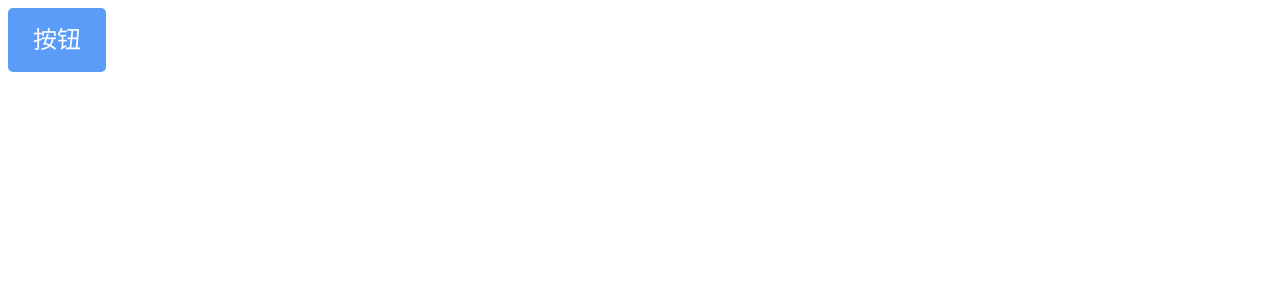
Repository: west2-online-reserve/collection-frontend
Page: / (app in work5/IMZTTTT_XD/west2-UI/)
These files come from the project's save history. The page is drawn as it stood at one moment and after the next save; the edit follows.
The browser window is 1280 px wide. The pictures show the whole page.
The project was rebuilt for these pictures with package versions that can differ from the ones it lists, and the page was loaded fresh each time. Also part of the build but not shown: work5/IMZTTTT_XD/west2-UI/src/assets/main.css, work5/IMZTTTT_XD/west2-UI/packages/components/Input/Input.vue.

Above is the page before, as saved 2024-03-25 21:29:37.

### work5/IMZTTTT_XD/west2-UI/src/main.js
import './assets/main.css'

import { createApp } from 'vue'
import App from './App.vue'

import West2Ui from '@west2ui/components'
import '@west2ui/theme/index.scss'

const app = createApp(App)
app.use(West2Ui)
app.mount('#app')

### work5/IMZTTTT_XD/west2-UI/src/App.vue
<script lang="ts" setup>
import { ref } from 'vue'
const dialogVisible = ref(false)

const handleClose = (done: () => void) => {
  console.log(11)
}
</script>

<template>
  <zt-button size="large" type="primary" @click="dialogVisible = true">按钮</zt-button>
  <zt-dialog v-model="dialogVisible" title="Tips" :before-close="handleClose">
    <span>This is a message</span>
    <template #footer>
      <div class="dialog-footer">
        <zt-button @click="dialogVisible = false" size="small">Cancel</zt-button>
        <zt-button type="primary" @click="dialogVisible = false"> Confirm </zt-button>
      </div>
    </template>
  </zt-dialog>
</template>

<style scoped></style>

### work5/IMZTTTT_XD/west2-UI/packages/components/index.js
import Button from './Button'
import Input from './Input'
import Dialog from './Dialog'

const components = [Input, Button, Dialog]

const install = (app) => {
  components.forEach((component) => {
    app.component(component.name, component)
  })
}

export default {
  install
}

### work5/IMZTTTT_XD/west2-UI/packages/theme/index.scss
@use './Input.scss';
@use './Button.scss';
@use './Dialog.scss';

### work5/IMZTTTT_XD/west2-UI/packages/components/Button/index.js
import Button from './Button.vue'

Button.install = (app) => {
  // 注册组件
  app.component(Button.name, Button)
}

export default Button

### work5/IMZTTTT_XD/west2-UI/packages/components/Input/index.js
import Input from './Input.vue'

Input.install = (app) => {
  // 注册组件
  app.component(Input.name, Input)
}

export default Input

### work5/IMZTTTT_XD/west2-UI/packages/components/Dialog/index.js
import Dialog from './Dialog.vue'

Dialog.install = (app) => {
  // 注册组件
  app.component(Dialog.name, Dialog)
}

export default Dialog

### work5/IMZTTTT_XD/west2-UI/packages/theme/Input.scss
.w-input {
  border: 1px solid;
}

.w-input__inner {
  width: 100%;
  flex-grow: 1;
  font-size: inherit;
  padding: 0;
  outline: none;
  border: none;
  background: none;
  box-sizing: border-box;
}

.w-input--small {
  font-size: 12px;
  border-color: red;
  padding: 6px 8px;
}

.w-input--medium {
  font-size: 14px;
  border-color: yellow;
  padding: 8px 10px;
}

.w-input--large {
  font-size: 16px;
  border-color: green;
  padding: 10px 12px;
}

### work5/IMZTTTT_XD/west2-UI/packages/theme/Button.scss
@use './var.scss' as *;
@use './mix.scss' as *;

@include b(button) {
  // BEM规范
  align-items: center;
  display: inline-flex;
  cursor: pointer;
  outline: none;
  border: #fafafa;
  border-radius: 5px;
  user-select: none;
  min-height: 32px;
  line-height: 1;
  vertical-align: middle;
  padding: 0 10px;

  @include m(default) {
    padding: 10px 20px;
    font-size: 18px;
  }

  @include m(small) {
    padding: 0px 18px;
    font-size: 14px;
  }

  @include m(large) {
    padding: 20px 25px;
    font-size: 24px;
  }

  @include when(disabled) {
    // 针对不同类型处理
    &,
    &:hover,
    &:focus {
      cursor: not-allowed;
    }
  }

  @include when(round) {
    border-radius: 20px;
  }

  @include m(primary) {
    //渲染不同类型的button
    @include button-variant($color-white, $color-primary, $color-primary);
  }

  @include m(success) {
    @include button-variant($color-white, $color-success, $color-success);
  }

  @include m(warning) {
    @include button-variant($color-white, $color-warning, $color-warning);
  }

  @include m(danger) {
    @include button-variant($color-white, $color-danger, $color-danger);
  }

  @include m(info) {
    @include button-variant($color-white, $color-info, $color-info);
  }
}

### work5/IMZTTTT_XD/west2-UI/packages/theme/var.scss
$color-primary: #5a9cf8;
$color-white: #ffffff;
$color-black: #000000;
$color-success: #7ec050;
$color-warning: #dca550;
$color-danger: #e47470;
$color-info: #919398;
$text-color-primary: #303133;
$text-color-regular: #606266;

### work5/IMZTTTT_XD/west2-UI/packages/theme/mix.scss
@use 'config' as *;
@forward 'config';

// .z-button{}
@mixin b($block) {
  $B: $namespace + '-' + $block;

  .#{$B} {
    @content;
  }
}

// .z-button.is-desiabled
@mixin when($state) {
  @at-root {
    &.#{$state-prefix + $state} {
      @content;
    }
  }
}

// &--primary => .z-button--primary
@mixin m($modifier) {
  @at-root {
    #{& + $modifier-separator + $modifier} {
      @content;
    }
  }
}

// &__header  => .z-button__header
@mixin e($element) {
  @at-root {
    #{& + $element-separator + $element} {
      @content;
    }
  }
}

@mixin button-variant($color, $background-color, $border-color) {
  color: $color;
  background: $background-color;
  border-color: $border-color;
  &:hover {
    background-color: lighten($background-color, 10%);
  }
  &:active {
    background-color: darken($background-color, 10%);
  }

  &.disabled,
  &:disabled {
    background-color: lighten($background-color, 20%);
    color: $color;
    border-color: $border-color;
  }
}

### work5/IMZTTTT_XD/west2-UI/packages/theme/config.scss
$namespace: 'zt';
$element-separator: '__';
$modifier-separator: '--';
$state-prefix: 'is-';

### work5/IMZTTTT_XD/west2-UI/packages/theme/Dialog.scss
@use './var.scss' as *;
@use './mix.scss' as *;
.zt-dialog__wrapper {
  position: fixed;
  z-index: 9998;
  top: 0;
  left: 0;
  width: 100%;
  height: 100%;
  background-color: rgba(0, 0, 0, 0.5);
  display: flex;
  transition: opacity 0.3s ease;
}
.zt-overlay-dialog {
  width: 100%;
}
.zt-button + .zt-button {
  margin-left: 12px;
}
@include b(dialog) {
  // BEM规范
  align-items: center;
  background: #fff;
  position: relative;
  padding: 16px;
  box-shadow:
    0px 12px 32px 4px rgba(0, 0, 0, 0.04),
    0px 8px 20px rgba(0, 0, 0, 0.08);
  border-radius: 2px;
  margin: 15vh auto 50px;
  width: 500px;

  @include e(header) {
    margin-bottom: 16px;
  }

  @include e(title) {
    line-height: 24px;
    font-size: 18px;
    color: $text-color-primary;
  }

  @include e(body) {
    font-size: 14px;
    color: $text-color-regular;
  }

  @include e(footer) {
    padding-top: 16px;
    text-align: right;
  }
}

### work5/IMZTTTT_XD/west2-UI/packages/components/Button/Button.vue
<template>
  <button
    @click="handleClick"
    :disabled="disabled"
    :class="[
      bem.b(),
      bem.m(type),
      bem.m(size),
      bem.is('disabled', disabled),
      bem.is('round', round)
    ]"
  >
    <span v-if="$slots.default"><slot></slot></span>
  </button>
</template>

<script setup>
import { useNamespace } from '../../hooks/use-namespace'
defineOptions({
  name: 'zt-button'
})
const bem = useNamespace('button')
const props = defineProps({
  type: {
    // 类型
    type: String,
    default: 'info',
    validator: (value) => ['primary', 'success', 'warning', 'danger', 'info'].includes(value)
  },
  disabled: {
    type: Boolean,
    default: false
  },
  size: {
    type: String,
    default: 'default',
    validator: (value) => ['small', 'default', 'large'].includes(value)
  },
  round: {
    type: Boolean,
    default: false
  }
})
const emit = defineEmits(['click'])

const handleClick = (event) => {
  emit('click', event)
}
</script>

### work5/IMZTTTT_XD/west2-UI/packages/components/Dialog/Dialog.vue
<template>
  <teleport :to="appendTo">
    <transition name="dialog-fade">
      <div v-show="visible" class="zt-dialog__wrapper">
        <div role="dialog" ref="dialog" :class="`${bem.namespace.value}-overlay-dialog`">
          <ZTDialogContent
            v-if="rendered"
            ref="dialogContentRef"
            :title="title"
            @close="handleClose"
          >
            <template #header>
              <slot
                v-if="!$slots.title"
                name="header"
                :close="handleClose"
                :title-class="bem.e('title')"
              />
              <slot v-else name="title" />
            </template>
            <slot />
            <template v-if="$slots.footer" #footer>
              <slot name="footer" />
            </template>
          </ZTDialogContent>
        </div>
      </div>
    </transition>
  </teleport>
</template>

<script lang="ts" setup>
import { ref, useSlots, watch, onMounted } from 'vue'
import ZTDialogContent from './DiglogContent.vue'
import { useNamespace } from '../../hooks/use-namespace'
const slots = useSlots()
const props = defineProps({
  title: {
    type: String,
    default: ''
  },
  appendTo: {
    type: String,
    default: 'body'
  },
  beforeClose: {
    type: Function
  },
  modal: {
    type: Boolean,
    default: true
  },
  modelValue: Boolean
})
const bem = useNamespace('dialog')

const dialogRef = ref<HTMLElement>()
const headerRef = ref<HTMLElement>()
const dialogContentRef = ref()
// const visible = ref(false)
const closed = ref(false)
const rendered = ref(true) // when desctroyOnClose is true, we initialize it as false vise versa

const emit = defineEmits(['update:modelValue'])

// 使用一个ref跟踪modelValue的状态，这样我们就可以在模板中控制显示或隐藏对话框
const visible = ref(props.modelValue)

// 监听modelValue prop的变化，以便更新visible的状态
watch(
  () => props.modelValue,
  (newValue) => {
    visible.value = newValue
  }
)

// 监听visible的变化，当它改变时，发出一个事件来更新父组件的modelValue
watch(visible, (newValue) => {
  emit('update:modelValue', newValue)
})

// 关闭对话框的函数现在只需要改变visible的状态
function handleClose() {
  visible.value = false // 这会触发watcher，从而发出update:modelValue事件
}

defineOptions({
  name: 'zt-dialog'
})
</script>

### work5/IMZTTTT_XD/west2-UI/packages/hooks/use-namespace.ts
import { computed, getCurrentInstance, inject, ref, unref } from 'vue'

import type { InjectionKey, Ref } from 'vue'

export const defaultNamespace = 'zt'
const statePrefix = 'is-'

const _bem = (
  namespace: string,
  block: string,
  blockSuffix: string,
  element: string,
  modifier: string
) => {
  let cls = `${namespace}-${block}`
  if (blockSuffix) {
    cls += `-${blockSuffix}`
  }
  if (element) {
    cls += `__${element}`
  }
  if (modifier) {
    cls += `--${modifier}`
  }
  return cls
}

export const namespaceContextKey: InjectionKey<Ref<string | undefined>> =
  Symbol('namespaceContextKey')

export const useGetDerivedNamespace = (namespaceOverrides?: Ref<string | undefined>) => {
  const derivedNamespace =
    namespaceOverrides ||
    (getCurrentInstance()
      ? inject(namespaceContextKey, ref(defaultNamespace))
      : ref(defaultNamespace))
  const namespace = computed(() => {
    return unref(derivedNamespace) || defaultNamespace
  })
  return namespace
}

export const useNamespace = (block: string, namespaceOverrides?: Ref<string | undefined>) => {
  const namespace = useGetDerivedNamespace(namespaceOverrides)
  const b = (blockSuffix = '') => _bem(namespace.value, block, blockSuffix, '', '')
  const e = (element?: string) => (element ? _bem(namespace.value, block, '', element, '') : '')
  const m = (modifier?: string) => (modifier ? _bem(namespace.value, block, '', '', modifier) : '')
  const be = (blockSuffix?: string, element?: string) =>
    blockSuffix && element ? _bem(namespace.value, block, blockSuffix, element, '') : ''
  const em = (element?: string, modifier?: string) =>
    element && modifier ? _bem(namespace.value, block, '', element, modifier) : ''
  const bm = (blockSuffix?: string, modifier?: string) =>
    blockSuffix && modifier ? _bem(namespace.value, block, blockSuffix, '', modifier) : ''
  const bem = (blockSuffix?: string, element?: string, modifier?: string) =>
    blockSuffix && element && modifier
      ? _bem(namespace.value, block, blockSuffix, element, modifier)
      : ''
  const is: {
    (name: string, state: boolean | undefined): string
    (name: string): string
  } = (name: string, ...args: [boolean | undefined] | []) => {
    const state = args.length >= 1 ? args[0]! : true
    return name && state ? `${statePrefix}${name}` : ''
  }

  // for css var
  // --el-xxx: value;
  const cssVar = (object: Record<string, string>) => {
    const styles: Record<string, string> = {}
    for (const key in object) {
      if (object[key]) {
        styles[`--${namespace.value}-${key}`] = object[key]
      }
    }
    return styles
  }
  // with block
  const cssVarBlock = (object: Record<string, string>) => {
    const styles: Record<string, string> = {}
    for (const key in object) {
      if (object[key]) {
        styles[`--${namespace.value}-${block}-${key}`] = object[key]
      }
    }
    return styles
  }

  const cssVarName = (name: string) => `--${namespace.value}-${name}`
  const cssVarBlockName = (name: string) => `--${namespace.value}-${block}-${name}`

  return {
    namespace,
    b,
    e,
    m,
    be,
    em,
    bm,
    bem,
    is,
    // css
    cssVar,
    cssVarName,
    cssVarBlock,
    cssVarBlockName
  }
}

export type UseNamespaceReturn = ReturnType<typeof useNamespace>

### work5/IMZTTTT_XD/west2-UI/packages/components/Dialog/DiglogContent.vue
<template>
  <div :ref="composedDialogRef" :class="dialogKls" tabindex="-1">
    <header ref="headerRef" :class="[bem.e('header')]">
      <slot name="header">
        <span role="heading" :class="bem.e('title')">
          {{ title }}
        </span>
      </slot>
      <button
        v-if="showClose"
        :class="bem.e('headerbtn')"
        type="button"
        @click="$emit('close')"
      ></button>
    </header>
    <div :class="bem.e('body')">
      <slot />
    </div>
    <footer v-if="$slots.footer" :class="bem.e('footer')">
      <slot name="footer" />
    </footer>
  </div>
</template>

<script lang="ts" setup>
import { computed, inject } from 'vue'

import { useNamespace } from '../../hooks/use-namespace'
const bem = useNamespace('dialog')
defineOptions({ name: 'ZTDialogContent' })

const dialogKls = computed(() => [bem.b(), bem.is('draggable', props.draggable)])
const props = defineProps({
  title: {
    type: String,
    default: ''
  },
  draggable: {
    type: Boolean,
    default: false
  },
  showClose: {
    type: Boolean,
    default: true
  }
})
</script>

Loaded but not shown: work5/IMZTTTT_XD/west2-UI/index.html (common file)

After the next save:
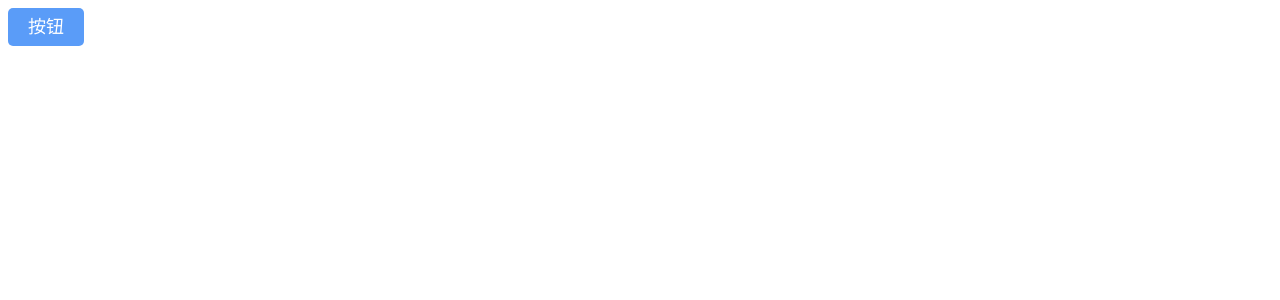
Saved 17 s later.
--- a/work5/IMZTTTT_XD/west2-UI/src/App.vue
+++ b/work5/IMZTTTT_XD/west2-UI/src/App.vue
@@ -8,7 +8,7 @@ const handleClose = (done: () => void) => {
 </script>
 
 <template>
-  <zt-button size="large" type="primary" @click="dialogVisible = true">按钮</zt-button>
+  <zt-button type="primary" @click="dialogVisible = true">按钮</zt-button>
   <zt-dialog v-model="dialogVisible" title="Tips" :before-close="handleClose">
     <span>This is a message</span>
     <template #footer>
